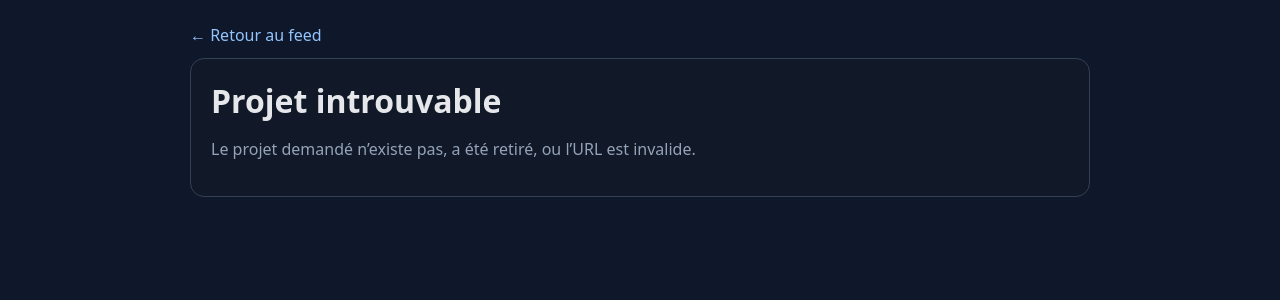
Repository: remi77130/loi-direct
Page: http://localhost/loi/p/0-
An editor plug-in stored every save of this project. The page is shown before and after the next save, followed by the edit.
The browser window is 1280 px wide. The pictures show the whole page.
The page is run by PHP 8.4 with error messages shown; the project is at /var/www/html/. The session is filled in as if someone had signed in: {"user_id": 37, "pseudo": "Remi"}. Other server files are loaded and not shown.

Above is the page before, as saved 2025-09-25 16:34:50.

### project.php
<?php
/**
 * project.php — Page de lecture d’un projet
 * - Affiche un projet "published" (titre/summary/corps)
 * - Gère like/unlike via fetch() (AJAX)
 * - Liste/ajout/suppression des commentaires
 * - Affiche la galerie d’images (vignettes → original)
 * - Redirection 301 vers l’URL canonique /p/{id}-{slug}
 */

declare(strict_types=1);
session_start();

require __DIR__ . '/config.php'; // constantes (APP_BASE, UPLOAD_URL, helpers: slugify(), tag_url(), …)
require __DIR__ . '/db.php';     // $mysqli (connexion MySQLi)
require __DIR__ . '/auth.php';   // require_login(), $_SESSION['user_id'], $_SESSION['pseudo']
require_login();

/* ----------------------------------------------------------------------
 * CSRF token (réutilisé par like & commentaires)
 * -------------------------------------------------------------------- */
if (empty($_SESSION['csrf'])) {
  $_SESSION['csrf'] = bin2hex(random_bytes(16));
}
$csrf = $_SESSION['csrf'];

/**
 * $base = base path du script (ex: /loi). On l’utilise pour fabriquer
 * des URL relatives robustes, sans supposer la racine serveur.
 */
$base = rtrim(dirname($_SERVER['PHP_SELF']), '/\\');

/* ----------------------------------------------------------------------
 * Entrée : id de projet (numérique). On force l’int pour éviter les surprises.
 * -------------------------------------------------------------------- */
$id = (int)($_GET['id'] ?? 0);

$project    = null;   // ligne du projet (array assoc) ou null si non trouvé
$likesCount = 0;      // nombre total de likes
$likedByMe  = false;  // est-ce que l’utilisateur courant a liké ce projet ?

/* ----------------------------------------------------------------------
 * Chargement du projet s’il y a un id > 0
 * -------------------------------------------------------------------- */
if ($id > 0) {

  // On récupère le projet publié + l’auteur (pseudo)
  $sql = 'SELECT
            p.id, p.title, p.summary, p.body_markdown, p.published_at,
            p.author_id, u.pseudo AS author
          FROM law_projects p
          JOIN users u ON u.id = p.author_id
          WHERE p.id = ? AND p.status = "published"
          LIMIT 1';

  $stmt = $mysqli->prepare($sql);
  $stmt->bind_param('i', $id);
  $stmt->execute();
  $res = $stmt->get_result();
  $project = $res->fetch_assoc();
  $stmt->close();

  /* ------------------------------------------------------------------
   * Redirection 301 vers l’URL canonique /p/{id}-{slug}
   * Objectif : SEO & URLs propres. Si on charge via /project.php?id=…,
   * on redirige pour avoir /p/123-mon-titre
   * ---------------------------------------------------------------- */
  if ($project) {
    $slug     = slugify($project['title']);
    $expected = $base . '/p/' . (int)$id . '-' . $slug;               // chemin attendu
    $path     = parse_url($_SERVER['REQUEST_URI'], PHP_URL_PATH) ?? ''; // chemin courant

    if ($path !== $expected) {
      header('Location: ' . $expected, true, 301);
      exit;
    }
  }

  /* ------------------------------------------------------------------
   * Récupération des statistiques de likes + état "liké par moi"
   * ---------------------------------------------------------------- */
  if ($project) {
    // total likes
    $c = $mysqli->prepare('SELECT COUNT(*) FROM likes WHERE project_id=?');
    $c->bind_param('i', $id);
    $c->execute();
    $c->bind_result($likesCount);
    $c->fetch();
    $c->close();

    // ai-je liké ?
    $l = $mysqli->prepare('SELECT 1 FROM likes WHERE project_id=? AND user_id=?');
    $l->bind_param('ii', $id, $_SESSION['user_id']);
    $l->execute();
    $l->store_result();
    $likedByMe = $l->num_rows > 0;
    $l->close();
  }

  /* ------------------------------------------------------------------
   * Commentaires : compteur + liste
   * ---------------------------------------------------------------- */
  $comments      = [];
  $commentsCount = 0;

  if ($project) {
    // compteur
    $cnt = $mysqli->prepare('SELECT COUNT(*) FROM comments WHERE project_id=?');
    $cnt->bind_param('i', $id);
    $cnt->execute();
    $cnt->bind_result($commentsCount);
    $cnt->fetch();
    $cnt->close();

    // liste ordonnée (ancien → récent)
    $list = $mysqli->prepare(
      'SELECT c.id, c.author_id, c.body, c.created_at, u.pseudo
       FROM comments c JOIN users u ON u.id=c.author_id
       WHERE c.project_id=?
       ORDER BY c.created_at ASC'
    );
    $list->bind_param('i', $id);
    $list->execute();
    $res      = $list->get_result();
    $comments = $res->fetch_all(MYSQLI_ASSOC);
    $list->close();
  }

  /* ------------------------------------------------------------------
   * Galerie : toutes les images du projet (vignettes + original)
   * On ne requête que si le projet existe.
   * ---------------------------------------------------------------- */
  $images = [];
  if ($project) {
    $st = $mysqli->prepare(
      "SELECT path, thumb_path, original_name
       FROM project_images
       WHERE project_id=?
       ORDER BY id"
    );
    $st->bind_param('i', $id);
    $st->execute();
    $images = $st->get_result()->fetch_all(MYSQLI_ASSOC);
    $st->close();
  }
}

/* ----------------------------------------------------------------------
 * Si on revient d’un post de commentaire en erreur, on affiche le brouillon
 * -------------------------------------------------------------------- */
$commentDraft = $_SESSION['comment_draft'] ?? '';
unset($_SESSION['comment_draft']);
?>
<!doctype html>
<html lang="fr">
<head>
<meta charset="utf-8"><meta name="viewport" content="width=device-width, initial-scale=1">
<title><?php echo $project ? htmlspecialchars($project['title'],ENT_QUOTES) : 'Projet introuvable'; ?> — Loi Direct</title>

<!-- Canonical SEO : on renvoie vers l’URL canonique même depuis project.php -->
<?php $slugForCanonical = ($project ? slugify($project['title']) : ''); ?>
<link rel="canonical" href="<?php echo APP_BASE; ?>/p/<?php
  echo (int)$id . '-' . htmlspecialchars($slugForCanonical, ENT_QUOTES); ?>">

<meta property="og:title" content="<?php echo $project ? htmlspecialchars($project['title'],ENT_QUOTES) : 'Loi Direct'; ?>">
<meta property="og:description" content="<?php echo $project ? htmlspecialchars($project['summary'],ENT_QUOTES) : 'Projets de loi communautaires'; ?>">

<style>
  :root{font-family:system-ui,Segoe UI,Roboto,Arial,sans-serif}
  body{background:#0f172a;color:#e5e7eb;margin:0}
  .wrap{max-width:900px;margin:24px auto;padding:0 16px}
  .card{background:#111827;border:1px solid #334155;border-radius:14px;padding:20px}
  a{color:#93c5fd;text-decoration:none}
  .muted{color:#94a3b8}
  .toolbar{display:flex;gap:10px;margin-top:12px}
  .btn{background:#2563eb;color:#fff;border:none;border-radius:10px;padding:10px 14px;cursor:pointer}
  .pill{display:inline-flex;align-items:center;gap:8px;border:1px solid #334155;background:#0b1220;border-radius:999px;padding:8px 12px;cursor:pointer}
  .pill.liked{border-color:#2563eb;box-shadow:inset 0 0 0 1px #2563eb}
  .toast{position:fixed;bottom:16px;left:50%;transform:translateX(-50%);background:#111827;border:1px solid #334155;color:#e5e7eb;padding:10px 14px;border-radius:10px;display:none}
</style>
</head>

<body>
  <div class="wrap">
    <!-- Lien retour feed -->
    <a href="<?php echo $base; ?>/index.php">&larr; Retour au feed</a>

    <?php if (!$project): ?>
      <!-- Cas projet introuvable / non publié -->
      <div class="card" style="margin-top:12px">
        <h1 style="margin:0 0 8px">Projet introuvable</h1>
        <p class="muted">Le projet demandé n’existe pas, a été retiré, ou l’URL est invalide.</p>
      </div>

    <?php else: ?>
      <!-- Corps du projet -->
      <article class="card" style="margin-top:12px">
        <h1 style="margin:0 0 10px"><?php echo htmlspecialchars($project['title'],ENT_QUOTES); ?></h1>

        <div style="font-size:12px;color:#94a3b8;margin-bottom:8px">
  Par <a href="#" class="user-link" data-user-id="<?= (int)$project['author_id'] ?>">
       <?= htmlspecialchars($project['author'],ENT_QUOTES); ?>
     </a>
  • <?= htmlspecialchars($project['published_at'] ? date('d/m/Y H:i', strtotime($project['published_at'])) : '', ENT_QUOTES); ?>
</div>
        <p style="color:#cbd5e1;white-space:pre-line">
          <?php echo htmlspecialchars($project['summary'],ENT_QUOTES); ?>
        </p>

        <hr style="border:0;border-top:1px solid #334155;margin:16px 0">

        <!-- NB: body_markdown est affiché tel quel en texte ; si tu veux du rendu Markdown/HTML,
             faire un parseur côté serveur et échapper selon le besoin. -->
        <div style="white-space:pre-wrap">
          <?php echo htmlspecialchars($project['body_markdown'],ENT_QUOTES); ?>
        </div>

        <!-- Actions : like/unlike + partage -->
        <div class="toolbar">
          <button id="likeBtn" class="pill <?php echo $likedByMe?'liked':''; ?>">
            <span id="likeIcon">❤</span>
            <span id="likeCount"><?php echo (int)$likesCount; ?></span>
          </button>
          <button id="shareBtn" class="btn">Partager (copier le lien)</button>

          <!-- Si l’auteur courant == auteur du projet → bouton Supprimer -->
          <?php if ((int)$project['author_id'] === (int)$_SESSION['user_id']): ?>
            <form method="post" action="<?= APP_BASE ?>/project_delete.php"
                  onsubmit="return confirm('Supprimer ce projet ? Cette action est définitive.');"
                  style="margin-left:auto">
              <input type="hidden" name="project_id" value="<?= (int)$id ?>">
              <input type="hidden" name="csrf" value="<?= htmlspecialchars($csrf, ENT_QUOTES) ?>">
              <button class="btn" type="submit" style="background:#7f1d1d">Supprimer</button>
            </form>
          <?php endif; ?>
        </div>

        <?php if ($images): ?>
          <!-- Galerie d’images : on affiche la miniature si dispo, sinon l’original.
               Le clic ouvre l’original dans un nouvel onglet. -->
          <hr style="border:0;border-top:1px solid #334155;margin:16px 0">
          <div style="display:grid;grid-template-columns:repeat(auto-fill,minmax(160px,1fr));gap:10px">
            <?php foreach ($images as $im):
              $thumb = $im['thumb_path'] ?: $im['path']; ?>
              <a href="<?= APP_BASE ?>/uploads/<?= htmlspecialchars($im['path'],ENT_QUOTES) ?>"
                 target="_blank" rel="noopener">
                <img
                  src="<?= APP_BASE ?>/uploads/<?= htmlspecialchars($thumb,ENT_QUOTES) ?>"
                  alt="<?= htmlspecialchars($im['original_name'],ENT_QUOTES) ?>"
                  style="width:80%;aspect-ratio:1/1;object-fit:contain;border-radius:10px;box-shadow:2px 2px 3px #0b0b0b8c;">
              </a>
            <?php endforeach; ?>
          </div>
        <?php endif; ?>

        <?php
        // Liste des tags du projet (chips)
        $tags = [];
        $tg = $mysqli->prepare(
          'SELECT t.name, t.slug
           FROM project_tags pt
           JOIN tags t ON t.id=pt.tag_id
           WHERE pt.project_id=?
           ORDER BY t.name'
        );
        $tg->bind_param('i', $id);
        $tg->execute();
        $r    = $tg->get_result();
        $tags = $r->fetch_all(MYSQLI_ASSOC);
        $tg->close();
        ?>

        <?php if ($tags): ?>
          <div style="margin:10px 0; display:flex; flex-wrap:wrap; gap:6px">
            <?php foreach ($tags as $tg): ?>
              <a href="<?= tag_url($tg['slug']) ?>"
                 style="font-size:12px; padding:4px 8px; border:1px solid #334155; border-radius:999px;
                        color:#cbd5e1; text-decoration:none; background:#0b1220">
                #<?= htmlspecialchars($tg['name'], ENT_QUOTES) ?>
              </a>
            <?php endforeach; ?>
          </div>
        <?php endif; ?>

        <?php
        /**
         * LEGACY / BLOC MORT
         * ------------------
         * Le bloc suivant faisait une 2e galerie basée sur $pics,
         * mais $pics n’est plus alimenté. On le garde commenté pour mémo.
         * Tu peux le supprimer sans risque.
         */
        /*
        <?php if (!empty($pics)): ?>
          <div style="display:flex; gap:10px; flex-wrap:wrap; margin-top:12px">
            <?php foreach ($pics as $img): ?>
              <?php
                $full  = UPLOAD_URL . '/' . htmlspecialchars($img['path'], ENT_QUOTES);
                $thumb = !empty($img['thumb_path'])
                  ? UPLOAD_URL . '/' . htmlspecialchars($img['thumb_path'], ENT_QUOTES)
                  : $full;
              ?>
              <a href="<?= $full ?>" target="_blank" rel="noopener">
                <img src="<?= $thumb ?>" alt=""
                     style="max-width:220px;height:auto;border:1px solid #334155;border-radius:10px">
              </a>
            <?php endforeach; ?>
          </div>
        <?php endif; ?>
        */
        ?>
      </article>
    <?php endif; ?>
  </div>

<?php if ($project): ?>
  <!-- Zone commentaires -->
  <section id="comments" class="card" style="margin-top:14px">
    <h2 style="margin:0 0 8px">Commentaires (<?php echo (int)$commentsCount; ?>)</h2>

    <!-- Flash erreurs (ex: validation commentaire) -->
    <?php if (!empty($_SESSION['flash_errors'])): ?>
      <div style="background:#7f1d1d;color:#fecaca;padding:10px;border-radius:8px;margin:10px 0">
        <?php foreach ($_SESSION['flash_errors'] as $e) echo '<div>'.htmlspecialchars($e,ENT_QUOTES).'</div>'; ?>
      </div>
      <?php unset($_SESSION['flash_errors']); ?>
    <?php endif; ?>

    <!-- Flash succès -->
    <?php if (!empty($_SESSION['flash_success'])): ?>
      <div style="background:#052e16;color:#bbf7d0;padding:10px;border-radius:8px;margin:10px 0">
        <?php echo htmlspecialchars($_SESSION['flash_success'],ENT_QUOTES); unset($_SESSION['flash_success']); ?>
      </div>
    <?php endif; ?>

    <!-- Liste des commentaires -->
    <?php if ($comments): ?>
      <div style="display:flex;flex-direction:column;gap:10px;margin-top:8px">
        <?php foreach ($comments as $c): ?>
          <div style="border:1px solid #334155;border-radius:10px;padding:10px;background:#0b1220;position:relative">
            <div style="font-size:12px;color:#94a3b8;margin-bottom:6px">
              <?php echo htmlspecialchars($c['pseudo'],ENT_QUOTES); ?> •
              <?php echo htmlspecialchars(date('d/m/Y H:i', strtotime($c['created_at'])),ENT_QUOTES); ?>
            </div>
            <div style="white-space:pre-wrap"><?php echo htmlspecialchars($c['body'],ENT_QUOTES); ?></div>

            <!-- Le propriétaire du commentaire peut le supprimer -->
            <?php if ((int)$c['author_id'] === (int)$_SESSION['user_id']): ?>
              <form method="post" action="<?php echo $base; ?>/comment_delete.php"
                    onsubmit="return confirm('Supprimer ce commentaire ?');"
                    style="position:absolute;top:8px;right:8px">
                <input type="hidden" name="comment_id" value="<?php echo (int)$c['id']; ?>">
                <input type="hidden" name="project_id" value="<?php echo (int)$id; ?>">
                <input type="hidden" name="csrf" value="<?php echo htmlspecialchars($csrf, ENT_QUOTES); ?>">
                <button class="btn" type="submit" style="background:#7f1d1d;padding:6px 10px">Supprimer</button>
              </form>
            <?php endif; ?>
          </div>
        <?php endforeach; ?>
      </div>
    <?php else: ?>
      <p class="muted" style="margin:8px 0">Aucun commentaire pour l’instant.</p>
    <?php endif; ?>

    <hr style="border:0;border-top:1px solid #334155;margin:14px 0">

    <!-- Formulaire de nouveau commentaire -->
    <form method="post" action="<?php echo $base; ?>/comment_add.php" novalidate>
      <label for="comment_body" style="display:block;font-size:13px;color:#cbd5e1;margin-bottom:6px">
        Ajouter un commentaire
      </label>

      <textarea id="comment_body" name="body" required maxlength="2000"
        style="width:100%;min-height:110px;padding:12px;border-radius:10px;border:1px solid #334155;background:#0b1220;color:#e5e7eb;"><?php
          echo htmlspecialchars($commentDraft, ENT_QUOTES);
      ?></textarea>

      <input type="hidden" name="project_id" value="<?php echo (int)$id; ?>">
      <input type="hidden" name="csrf" value="<?php echo htmlspecialchars($csrf, ENT_QUOTES); ?>">

      <button class="btn" type="submit" style="margin-top:8px">Publier le commentaire</button>
    </form>
  </section>
<?php endif; ?>

  <!-- Toast pour feedback de copie -->
  <div id="toast" class="toast">Lien copié ✅</div>

<script>
/**
 * Like / Unlike
 * - Appelle like_toggle.php en POST (id + csrf)
 * - Réponse attendue: { ok: bool, count: number, liked: bool }
 */
const likeBtn = document.getElementById('likeBtn');
if (likeBtn) {
  likeBtn.addEventListener('click', async () => {
    likeBtn.disabled = true;
    try {
      const res = await fetch('<?php echo $base; ?>/like_toggle.php', {
        method:'POST',
        headers:{'Content-Type':'application/x-www-form-urlencoded'},
        body: new URLSearchParams({
          id:   '<?php echo (int)$id; ?>',
          csrf: '<?php echo htmlspecialchars($csrf,ENT_QUOTES); ?>'
        }).toString()
      });
      const data = await res.json();
      if (data.ok) {
        document.getElementById('likeCount').textContent = data.count;
        likeBtn.classList.toggle('liked', !!data.liked);
      }
    } catch(e) {
      // noop (on pourrait afficher un toast d’erreur ici)
    }
    likeBtn.disabled = false;
  });
}

/**
 * Partage (copie le lien courant dans le presse-papiers)
 * - Utilise Clipboard API si dispo, sinon fallback sélection/execCommand.
 */
const shareBtn = document.getElementById('shareBtn');
const toast   = document.getElementById('toast');
if (shareBtn) {
  shareBtn.addEventListener('click', async () => {
    const url = window.location.href;
    try {
      if (navigator.clipboard && navigator.clipboard.writeText) {
        await navigator.clipboard.writeText(url);
      } else {
        const inp = document.createElement('input');
        inp.value = url; document.body.appendChild(inp);
        inp.select(); document.execCommand('copy'); document.body.removeChild(inp);
      }
      toast.style.display = 'block';
      setTimeout(()=> toast.style.display='none', 1500);
    } catch(e) {
      // noop
    }
  });
}
</script>











<div id="userModal" style="position:fixed;inset:0;background:rgba(0,0,0,.6);display:none;align-items:center;justify-content:center;z-index:50">
  <div style="background:#111827;border:1px solid #334155;border-radius:14px;padding:16px;min-width:280px;max-width:90%">
    <div style="display:flex;justify-content:space-between;align-items:center;margin-bottom:8px">
      <strong id="umPseudo" style="font-size:16px">Pseudo</strong>
      <button id="umClose" class="btn" type="button" style="background:#374151;padding:4px 8px">×</button>
    </div>
    <div class="muted">Projets publiés : <span id="umCount">0</span></div>
  </div>
</div>
<script>
const BASE = '<?= APP_BASE ?>';
const modal   = document.getElementById('userModal');
const umPseudo= document.getElementById('umPseudo');
const umCount = document.getElementById('umCount');
const umClose = document.getElementById('umClose');

document.addEventListener('click', async (e) => {
  const a = e.target.closest('.user-link');
  if (!a) return;
  e.preventDefault();
  const id = a.getAttribute('data-user-id');
  try {
    const r = await fetch(`${BASE}/user_card.php?id=${encodeURIComponent(id)}`);
    const j = await r.json();
    if (j && j.ok) {
      umPseudo.textContent = j.pseudo;
      umCount.textContent  = j.projects_count;
      modal.style.display  = 'flex';
    }
  } catch(_) {}
});

umClose.addEventListener('click', ()=> modal.style.display='none');
modal.addEventListener('click', (e)=> { if (e.target === modal) modal.style.display='none'; });
document.addEventListener('keydown', (e)=> { if (e.key === 'Escape') modal.style.display='none'; });
</script>









</body>
</html>

### config.php
<?php
declare(strict_types=1);
define('APP_BASE', rtrim(dirname($_SERVER['PHP_SELF']), '/\\')); // ex: /loi
define('PROJECT_PAGE', 'project.php'); // unique



function random_punchline(string $pseudo): string { // Phrase dacceuil
  $lines = [
    "Bienvenue {pseudo} ! Ton compte est chaud bouillant 🔥",
    "C’est signé {pseudo}. On est bien 👌",
    "{pseudo}, t’es dans la place. Let’s go 🚀",
    "Bienvenue {pseudo} ! À toi de jouer ⚖️",
    "Inscription validée, — ma p’tite gueule ! 😎",
    "On t’attendait {pseudo} ! Fais-nous rêver ✍️",
    "{pseudo}, le peuple compte sur toi 💪",
    "Own the feed, {pseudo} ! 🏛️",
  ];
  $i = random_int(0, count($lines)-1);
  return strtr($lines[$i], ['{pseudo}' => $pseudo]);
}



/** Slugify : "Éxemple de Titre !" -> "exemple-de-titre" */
function slugify(string $text): string {
    $text = trim($text);

    if (function_exists('transliterator_transliterate')) {
        $text = transliterator_transliterate('Any-Latin; Latin-ASCII', $text);
    } else {
        $tmp = @iconv('UTF-8', 'ASCII//TRANSLIT//IGNORE', $text);
        if ($tmp !== false) $text = $tmp;
    }

    $text = preg_replace('~[^\pL\d]+~u', '-', $text);
    $text = trim($text, '-');
    $text = preg_replace('~[^-\w]+~', '', $text);
    $text = preg_replace('~-+~', '-', $text);
    return strtolower($text ?: 'projet');
}

function tag_slug(string $name): string { return slugify($name); }
function tag_url(string $slug): string { return APP_BASE . '/tag/' . rawurlencode($slug); }
function project_url(int $id, string $title): string {
    return APP_BASE . '/p/' . $id . '-' . rawurlencode(slugify($title));
}


// images
define('UPLOAD_DIR', __DIR__ . '/uploads');
define('UPLOAD_URL', APP_BASE . '/uploads');
define('UPLOAD_MAX_MB', 5);                        // 5 Mo par image
define('UPLOAD_MAX_FILES', 5);                     // max 5 images
define('UPLOAD_ALLOWED', ['image/jpeg','image/png','image/webp']);

    // Thumbnails
    define('THUMB_MAX_W', 480);
    define('THUMB_MAX_H', 480);

### db.php
<?php
// db.php Ignore db.php (dans .gitignore) s’il contient identifiants.
declare(strict_types=1);

const DB_HOST = '127.0.0.1';
const DB_NAME = 'loi_direct';
const DB_USER = 'root';
const DB_PASS = ''; // XAMPP par défaut

$mysqli = new mysqli(DB_HOST, DB_USER, DB_PASS, DB_NAME);
if ($mysqli->connect_errno) {
    http_response_code(500);
    exit('Erreur BDD: '.$mysqli->connect_error);
}
$mysqli->set_charset('utf8mb4');

### auth.php
<?php
// auth.php
declare(strict_types=1);

function is_logged_in(): bool {
    return isset($_SESSION['user_id'], $_SESSION['pseudo']);
}

function require_login(): void {
    if (!is_logged_in()) {
        header('Location: login.php?next=' . urlencode($_SERVER['REQUEST_URI'] ?? '/'));
        exit;
    }
}

After the next save:
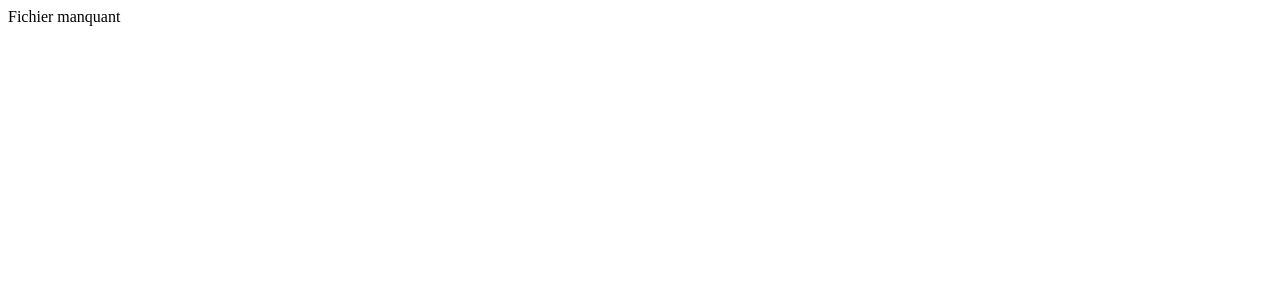
Saved 9 min 3 s later.
--- a/project.php
+++ b/project.php
@@ -16,6 +16,70 @@
 require __DIR__ . '/auth.php';   // require_login(), $_SESSION['user_id'], $_SESSION['pseudo']
 require_login();
 
+
+
+
+
+
+
+
+
+
+if (!isset($_FILES['cover']) || $_FILES['cover']['error'] !== UPLOAD_ERR_OK) {
+  http_response_code(400); exit('Fichier manquant');
+}
+
+if ($_FILES['cover']['size'] > 5*1024*1024) { // 5 MB
+  http_response_code(413); exit('Fichier trop volumineux');
+}
+
+[$w,$h,$type] = @getimagesize($_FILES['cover']['tmp_name']);
+if (!$w || !$h) { http_response_code(415); exit('Image invalide'); }
+
+$ext = match($type){
+  IMAGETYPE_JPEG => 'jpg',
+  IMAGETYPE_PNG  => 'png',
+  IMAGETYPE_WEBP => 'webp',
+  default        => null
+};
+if (!$ext) { http_response_code(415); exit('Format non supporté'); }
+
+// Ré-encode pour neutraliser le contenu dangereux
+$src = match($type){
+  IMAGETYPE_JPEG => imagecreatefromjpeg($_FILES['cover']['tmp_name']),
+  IMAGETYPE_PNG  => imagecreatefrompng($_FILES['cover']['tmp_name']),
+  IMAGETYPE_WEBP => imagecreatefromwebp($_FILES['cover']['tmp_name']),
+};
+if (!$src) { http_response_code(415); exit('Image illisible'); }
+
+// (option) redimensionne la miniature
+$max = 256;
+$ratio = min($max/$w, $max/$h, 1);
+$tw = (int)($w*$ratio); $th = (int)($h*$ratio);
+$dst = imagecreatetruecolor($tw,$th);
+imagecopyresampled($dst,$src,0,0,0,0,$tw,$th,$w,$h);
+
+// Nom aléatoire + extension
+$basename = bin2hex(random_bytes(8)).'.'.$ext;
+$uploadDir = __DIR__.'/uploads';
+$path = $uploadDir.'/'.$basename;
+
+// Sauvegarde encodée
+$ok = match($ext){
+  'jpg'  => imagejpeg($dst, $path, 85),
+  'png'  => imagepng($dst, $path, 6),
+  'webp' => imagewebp($dst, $path, 80),
+};
+imagedestroy($src); imagedestroy($dst);
+
+if (!$ok) { http_response_code(500); exit('Échec écriture'); }
+
+// En BDD: stocke **seulement** $basename (pas de chemin utilisateur)
+$ins = $mysqli->prepare('UPDATE project_images SET thumb_path=? WHERE id=?');
+$ins->bind_param('si', $basename, $imageId);
+$ins->execute(); $ins->close();
+
+echo 'ok';
 /* ----------------------------------------------------------------------
  * CSRF token (réutilisé par like & commentaires)
  * -------------------------------------------------------------------- */

After the 2 saves that followed:
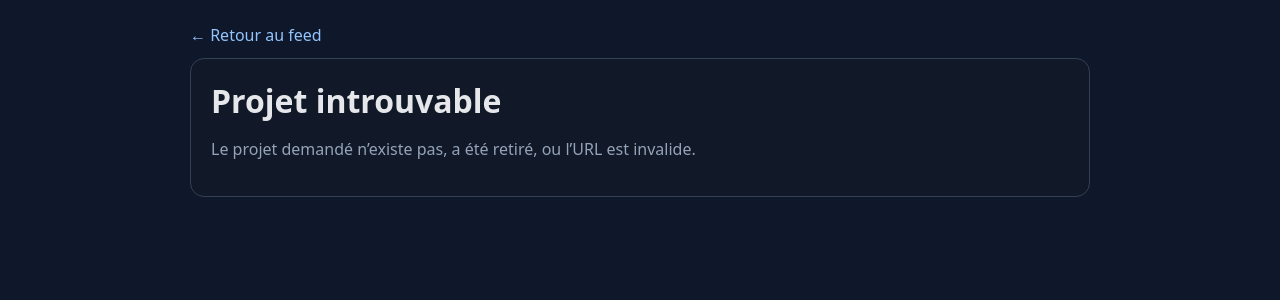
The 2 saves are shown as one change because 1 left the picture as it was.
The last was saved 2 min 20 s later.
--- a/project.php
+++ b/project.php
@@ -21,65 +21,6 @@
 
 
 
-
-
-
-
-if (!isset($_FILES['cover']) || $_FILES['cover']['error'] !== UPLOAD_ERR_OK) {
-  http_response_code(400); exit('Fichier manquant');
-}
-
-if ($_FILES['cover']['size'] > 5*1024*1024) { // 5 MB
-  http_response_code(413); exit('Fichier trop volumineux');
-}
-
-[$w,$h,$type] = @getimagesize($_FILES['cover']['tmp_name']);
-if (!$w || !$h) { http_response_code(415); exit('Image invalide'); }
-
-$ext = match($type){
-  IMAGETYPE_JPEG => 'jpg',
-  IMAGETYPE_PNG  => 'png',
-  IMAGETYPE_WEBP => 'webp',
-  default        => null
-};
-if (!$ext) { http_response_code(415); exit('Format non supporté'); }
-
-// Ré-encode pour neutraliser le contenu dangereux
-$src = match($type){
-  IMAGETYPE_JPEG => imagecreatefromjpeg($_FILES['cover']['tmp_name']),
-  IMAGETYPE_PNG  => imagecreatefrompng($_FILES['cover']['tmp_name']),
-  IMAGETYPE_WEBP => imagecreatefromwebp($_FILES['cover']['tmp_name']),
-};
-if (!$src) { http_response_code(415); exit('Image illisible'); }
-
-// (option) redimensionne la miniature
-$max = 256;
-$ratio = min($max/$w, $max/$h, 1);
-$tw = (int)($w*$ratio); $th = (int)($h*$ratio);
-$dst = imagecreatetruecolor($tw,$th);
-imagecopyresampled($dst,$src,0,0,0,0,$tw,$th,$w,$h);
-
-// Nom aléatoire + extension
-$basename = bin2hex(random_bytes(8)).'.'.$ext;
-$uploadDir = __DIR__.'/uploads';
-$path = $uploadDir.'/'.$basename;
-
-// Sauvegarde encodée
-$ok = match($ext){
-  'jpg'  => imagejpeg($dst, $path, 85),
-  'png'  => imagepng($dst, $path, 6),
-  'webp' => imagewebp($dst, $path, 80),
-};
-imagedestroy($src); imagedestroy($dst);
-
-if (!$ok) { http_response_code(500); exit('Échec écriture'); }
-
-// En BDD: stocke **seulement** $basename (pas de chemin utilisateur)
-$ins = $mysqli->prepare('UPDATE project_images SET thumb_path=? WHERE id=?');
-$ins->bind_param('si', $basename, $imageId);
-$ins->execute(); $ins->close();
-
-echo 'ok';
 /* ----------------------------------------------------------------------
  * CSRF token (réutilisé par like & commentaires)
  * -------------------------------------------------------------------- */
